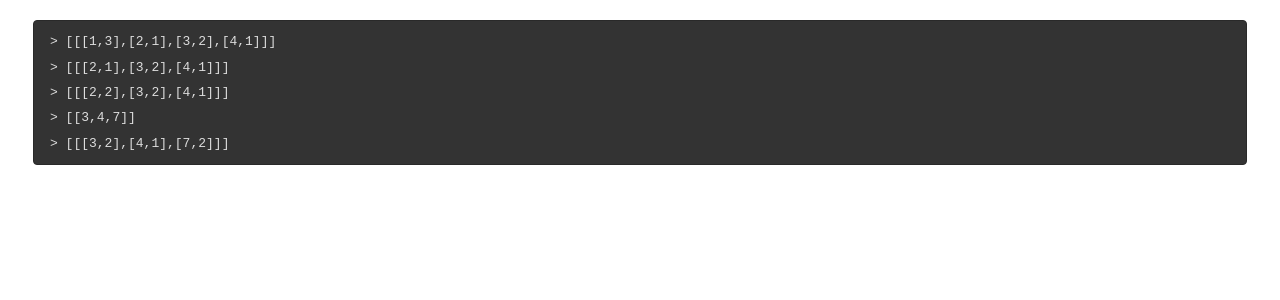
Repository: betaWeb/twicejs
Page: index.html
The author's editor kept a copy of each file at every save. The page is drawn from the files as they stood at one save, then again after the next save.
The browser window is 1280 px wide. The pictures show the whole page.

Above is the page before, as saved 2019-12-12 14:37:37.

### index.html
<!DOCTYPE html>
<html lang="en">

<head>
    <meta charset="UTF-8">
    <meta name="viewport" content="width=device-width, initial-scale=1.0">
    <meta http-equiv="X-UA-Compatible" content="ie=edge">
    <title>TwiceJS</title>
    <style>
        pre {
            background: #333;
            white-space: pre;
            word-wrap: break-word;
            overflow: auto;
        }

        pre.code {
            margin: 20px 25px;
            padding: .5rem 0;
            border-radius: 4px;
            border: 1px solid #292929;
            position: relative;
        }

        pre.code code {
            display: block;
            padding: .2rem 16px .2rem;
            overflow-x: auto;
            font-size: 13px;
            line-height: 19px;
            color: #ddd;
        }
    </style>
</head>
<div id="app">
    <pre class="code"></pre>
</div>

<body>
    <script type="text/javascript" src="/TwiceJS.js" defer></script>
    <script type="text/javascript" defer>
        document.addEventListener('DOMContentLoaded', () => {
            const $pre = document.querySelector('#app .code')
            const print = function (...args) {
                const $code = document.createElement('code')
                $code.innerHTML = '> ' + JSON.stringify(args)
                $pre.appendChild($code)
            }
            let set = new window.TwiceJS
            set.append([1, 1, 1, 2, 3, 3, 4])
            print(set.withCount)
            set.remove(1)
            print(set.withCount)
            set.append(2)
            print(set.withCount)
            set.replace(2, 7)
            print(set.entries)
            print(set.withCount)
        })
    </script>
</body>

</html>

### TwiceJS.js
/**
 * @property {Object} options
 * @property {Map} dataset
 */
class TwiceJS {

    /**
     * @returns {Array}
     */
    get entries() {
        return Array.from(this.keys.map(this._decodeKey.bind(this)))
    }

    /**
     * @returns {Object[] | Array[]}
     */
    get withCount() {
        return this.keys.reduce((acc, key) => {
            const count = this._dataset.get(key)
            const item = this._decodeKey(key)

            if (item.constructor !== Object)
                return [...acc, [item, count]]

            return [
                ...acc,
                {
                    ...item,
                    ...{ [this.options.count_key]: count }
                }
            ]
        }, [])
    }

    /**
     * @returns {Array}
     */
    get keys() {
        return [...this._dataset.keys()]
    }

    /**
     * @returns {Boolean}
     */
    get isEmpty() {
        return this.keys.length === 0
    }

    /**
     * @returns {Map}
     */
    get rawMap() {
        return this._dataset
    }

    /**
     * @returns {Object}
     */
    static get DEFAULT_OPTIONS() {
        return {
            count_key: '_count'
        }
    }

    /**
     * @param {Object} options
     */
    constructor(options = {}) {
        this.options = { ...TwiceJS.DEFAULT_OPTIONS, ...options }
        this.clear()
    }

    /**
     * @returns {TwiceJS}
     */
    clear() {
        this._dataset = new Map()
        return this
    }

    /**
     * @param {Array|*} data
     * @returns {TwiceJS}
     */
    append(data) {
        return this._process(data, item => {
            const key = this._keyify(item)
            let count = this._dataset.get(key) || 0

            this._dataset.set(key, count += 1)
        })
    }

    /**
     * @param {Array|*} oldKey
     * @param {Array|*} newKey
     * @returns {TwiceJS}
     */
    replace(oldKey, newKey) {
        oldKey = this._keyify(oldKey)
        newKey = this._keyify(newKey)

        if (!this._dataset.has(oldKey))
            throw new Error(`[Err] TwiceJS.set :: key '${oldKey}' doesn't exists on dataset`)

        const oldCount = this._dataset.get(oldKey)
        const newKeyExists = this._dataset.has(newKey)

        this
            .remove(oldKey)
            .append(newKey)

        if (!newKeyExists)
            this._dataset.set(newKey, oldCount)

        return this
    }

    /**
     * @param {Array|*} data
     * @returns {TwiceJS}
     */
    remove(data) {
        return this._process(data, item => {
            const key = this._keyify(item)

            if (this._dataset.has(key))
                this._dataset.delete(key)
        })
    }

    /**
     * @param {*} item
     * @returns {Number}
     */
    count(item) {
        const key = this._keyify(item)
        return this._dataset.get(key) || 0
    }

    /**
     * @param {Array} data
     * @param {Function} process
     * @returns {TwiceJS}
     */
    _process(data, process) {
        if (!Array.isArray(data))
            data = [data]

        data = this._normalize(data)
        data.forEach(process.bind(this))
        return this
    }

    /**
     * @param {*} item
     * @returns {String}
     */
    _keyify(item) {
        if (!Array.isArray(item) && item.constructor !== Object)
            return item.toString()

        try {
            return JSON.stringify(item)
        } catch (e) {
            throw new Error(`[Err] TwiceJS._keyify :: error on keyify item ${item}\n${e}`)
        }
    }

    /**
     * @param {String} key
     * @returns {*}
     */
    _decodeKey(key) {
        try {
            return JSON.parse(key)
        } catch (err) {
            return key;
        }
    }

    /**
     * @param {Array|Object|*} data
     * @returns {Array|Object|*}
     */
    _normalize(data) {
        try {
            return JSON.parse(JSON.stringify(data))
        } catch (e) {
            return data
        }
    }

}

if (!('TwiceJS' in window))
    window.TwiceJS = TwiceJS

After the next save:
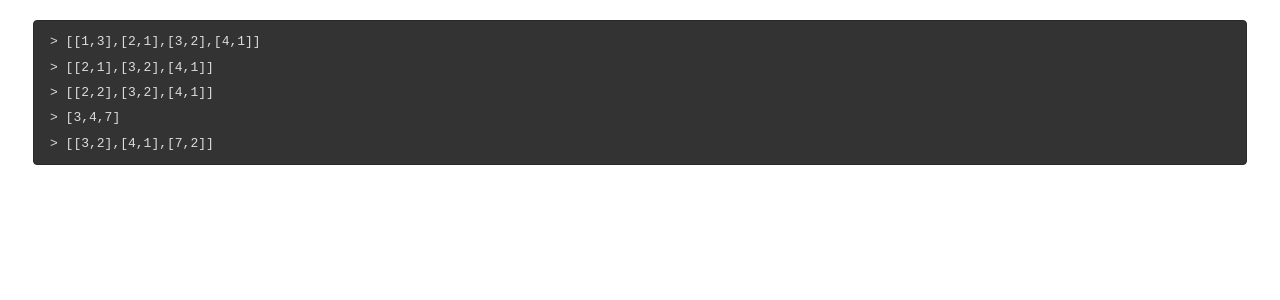
Saved 17 s later.
--- a/index.html
+++ b/index.html
@@ -41,9 +41,9 @@
     <script type="text/javascript" defer>
         document.addEventListener('DOMContentLoaded', () => {
             const $pre = document.querySelector('#app .code')
-            const print = function (...args) {
+            const print = str => {
                 const $code = document.createElement('code')
-                $code.innerHTML = '> ' + JSON.stringify(args)
+                $code.innerHTML = '> ' + JSON.stringify(str)
                 $pre.appendChild($code)
             }
             let set = new window.TwiceJS
